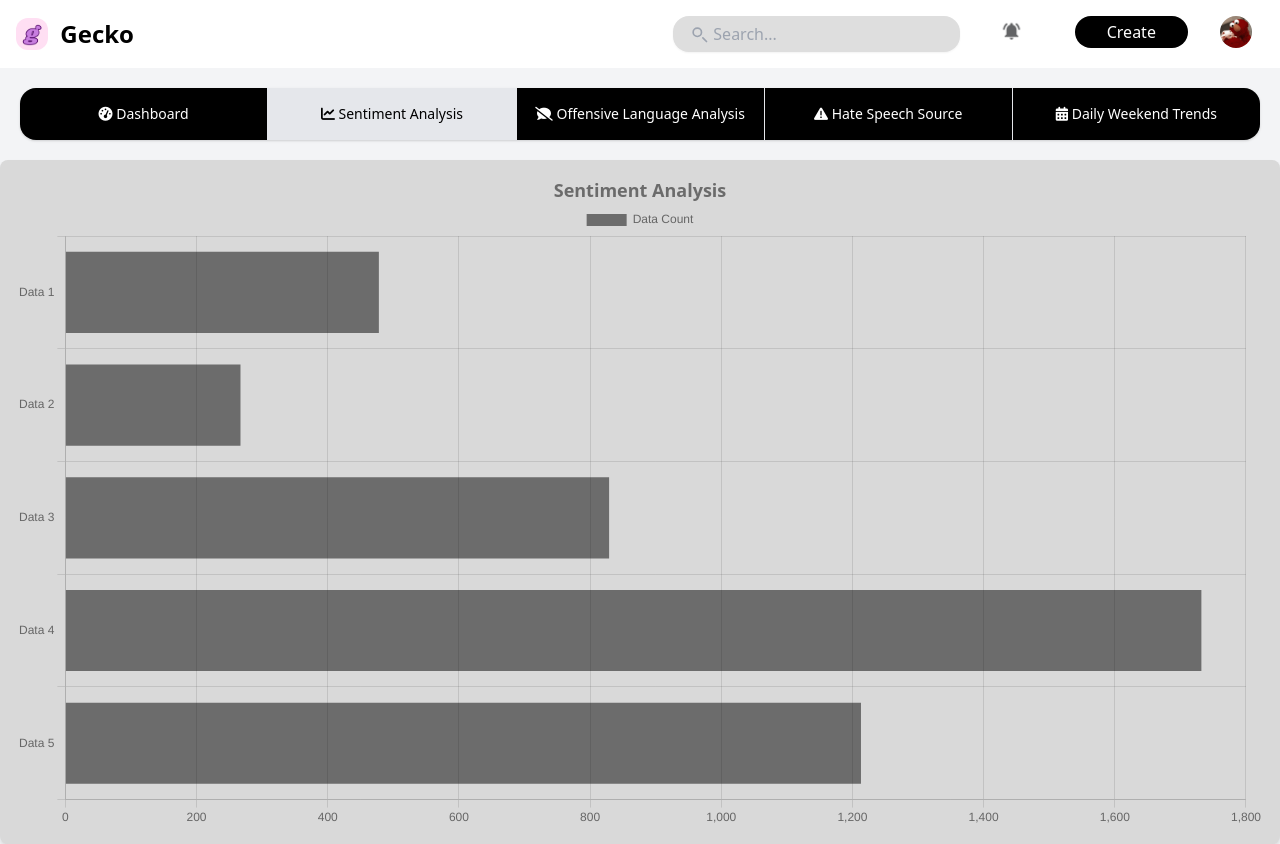
Repository: theamgri/thesis-website-nextjs
Page: sentiment.html
An editor plug-in stored every save of this project. The page is shown before and after the next save, followed by the edit.
The browser window is 1280 px wide. The pictures show the whole page.

Above is the page before, as saved 2023-10-07 10:22:25.

### sentiment.html
<!DOCTYPE html>
<html lang="en">
<head>
    <meta charset="UTF-8">
    <meta name="viewport" content="width=device-width, initial-scale=1.0">
    <title>Gecko</title>
    <link rel="icon" type="image/x-icon" href="/images/icon.png">
    <link href="https://cdn.jsdelivr.net/npm/tailwindcss@2.2.19/dist/tailwind.min.css" rel="stylesheet">
    <script src="https://cdn.jsdelivr.net/npm/chart.js"></script>
    <link rel="stylesheet" href="https://cdnjs.cloudflare.com/ajax/libs/font-awesome/6.0.0-beta3/css/all.min.css">

    <script src="https://kit.fontawesome.com/yourcode.js" crossorigin="anonymous"></script>


</head>
<body class="bg-gray-100">

<nav class="bg-white drop-shadow-2xl border-gray-200 dark:bg-gray-900">
    <div class="flex flex-wrap items-center justify-between mx-auto p-4">
      <a href="." class="flex items-center">
          <img src="images/icon.png" class="h-8 mr-3 rounded-xl" alt="Logo" />
          <span class="self-center text-2xl font-semibold whitespace-nowrap dark:text-white">Gecko</span>
      </a>
      <button data-collapse-toggle="navbar-default" type="button" class="inline-flex items-center p-2 w-10 h-10 justify-center text-sm text-gray-500 rounded-lg md:hidden hover:bg-gray-100 focus:outline-none focus:ring-2 focus:ring-gray-200 dark:text-gray-400 dark:hover:bg-gray-700 dark:focus:ring-gray-600" aria-controls="navbar-default" aria-expanded="false">
          <span class="sr-only">Open main menu</span>
          <svg class="w-5 h-5" aria-hidden="true" xmlns="http://www.w3.org/2000/svg" fill="none" viewBox="0 0 17 14">
              <path stroke="currentColor" stroke-linecap="round" stroke-linejoin="round" stroke-width="2" d="M1 1h15M1 7h15M1 13h15"/>
          </svg>
      </button>
      <div class="hidden w-full md:block md:w-auto drop-shadow-2xl" id="navbar-default">
        <ul class="font-medium flex flex-col p-4 md:p-0 mt-4 border border-gray-100 rounded-lg bg-gray-50 md:flex-row md:space-x-8 md:mt-0 md:border-0 md:bg-white dark:bg-gray-800 md:dark:bg-gray-900 dark:border-gray-700">
            <li>
                <div class="relative">
                    <input
                        type="text"
                        placeholder="Search..."
                        class="block w-full py-2 pl-10 pr-4 leading-5 rounded-2xl shadow-sm focus:ring focus:ring-blue-200 border-gray-300" style="background-color: #DEDEDE;"
                    />
                    <div class="absolute inset-y-0 left-0 pl-4 flex items-center pointer-events-none">
                        <svg
                            class="w-5 h-5 text-gray-400"
                            fill="none"
                            stroke="currentColor"
                            viewBox="0 0 24 24"
                            xmlns="http://www.w3.org/2000/svg"
                        >
                            <path
                                stroke-linecap="round"
                                stroke-linejoin="round"
                                stroke-width="2"
                                d="M21 21l-4.35-4.35"
                            />
                            <path
                                stroke-linecap="round"
                                stroke-linejoin="round"
                                stroke-width="2"
                                d="M15 10a5 5 0 11-10 0 5 5 0 0110 0z"
                            />
                        </svg>
                    </div>
                </div>

              </li>
            <li>
              <img src="images/bellbutton.png" class="h-8 mr-3 rounded-xl" alt="Notification Bell" />
          </li>
          <li>
            <button class="bg-black drop-shadow-2xl hover:bg-blue-700 text-white font-normal py-1 px-8 rounded-full">
              Create
            </button>
          </li>
          <li>
            <a href="your-link-here">
                <img src="images/user.jpg" class="h-8 mr-3 rounded-full" alt="Notification Bell" />
            </a>
        </li>


        </ul>
      </div>
    </div>
  </nav>
<!-- //SIDE NAVBAR -->


<div class="sm:hidden">

  <select id="tabs" class="bg-gray-100 border border-gray-300 text-gray-900 text-sm rounded-lg focus:ring-blue-500 focus:border-blue-500 block w-full p-2.5 dark:bg-gray-700 dark:border-gray-600 dark:placeholder-gray-400 dark:text-white dark:focus:ring-blue-500 dark:focus:border-blue-500">
      <option></option>
      <option></option>
      <option></option>
      <option></option>
  </select>
</div>
<ul class="m-5 rounded-2xl drop-shadow-xl hidden text-sm font-medium text-center text-white divide-x divide-gray-200 rounded-lg shadow sm:flex bg-black dark:bg-gray-900 dark:divide-gray-700">
    <li class="w-full">
        <a href="#" class="inline-block font-medium w-full p-4 hover:text-white focus:ring-4 focus:ring-blue-300 focus:outline-none dark:hover:bg-gray-700" aria-current="page">
            <i class="fas fa-tachometer-alt"></i> Dashboard
        </a>
    </li>
    <li class="w-full">
        <a href="#" class="inline-block font-medium w-full p-4 text-black bg-gray-200 focus:ring-4 focus:ring-blue-300 focus:outline-none">
            <i class="fas fa-chart-line"></i> Sentiment Analysis
        </a>
    </li>


    <li class="w-full">
        <a href="#" class="inline-block font-medium w-full p-4 hover:text-white focus:ring-4 focus:ring-blue-300 focus:outline-none dark:hover-bg-gray-700">
            <i class="fas fa-comment-slash"></i> Offensive Language Analysis
        </a>
    </li>
    <li class="w-full">
        <a href="#" class="inline-block font-medium w-full p-4 hover:text-white focus:ring-4 focus:ring-blue-300 focus:outline-none dark:hover:bg-gray-700">
            <i class="fas fa-exclamation-triangle"></i> Hate Speech Source
        </a>
    </li>
    <li class="w-full">
        <a href="#" class="inline-block font-medium w-full p-4 rounded-r-lg hover:text-white focus:ring-4 focus:outline-none focus:ring-blue-300 dark:hover:bg-gray-700">
            <i class="fas fa-calendar-alt"></i> Daily Weekend Trends
        </a>
    </li>
</ul>

<div class="bg-white p-4 rounded-lg shadow-md" style="background-color: #D9D9D9;">
    <h2 class="text-lg text-center opacity-50 font-semibold">Sentiment Analysis</h2>
    <div>
        <canvas id="horizontal-bar-chart"></canvas>
    </div>

    <script>
        new Chart(document.getElementById("horizontal-bar-chart"), {
            type: 'bar',
            data: {
                labels: ["Data 1", "Data 2", "Data 3", "Data 4", "Data 5"],
                datasets: [{
                    label: "Data Count",
                    backgroundColor: ["rgba(0, 0, 0, 0.5)", "rgba(0, 0, 0, 0.5)",
                        "rgba(0, 0, 0, 0.5)", "rgba(0, 0, 0, 0.5)", "rgba(0, 0, 0, 0.5)"
                    ],
                    data: [478, 267, 829, 1732, 1213]
                }]
            },
            options: {
                indexAxis: 'y',
                legend: {
                    display: false
                },
                title: {
                    display: true,
                    text: 'Chart JS Horizontal Bar Chart Example'
                },
                elements: {
                    bar: {
                        borderWidth: 0, // Remove the border lines
                    }
                }
            }
        });
    </script>



</div>

</body>
</html>

After the next save:
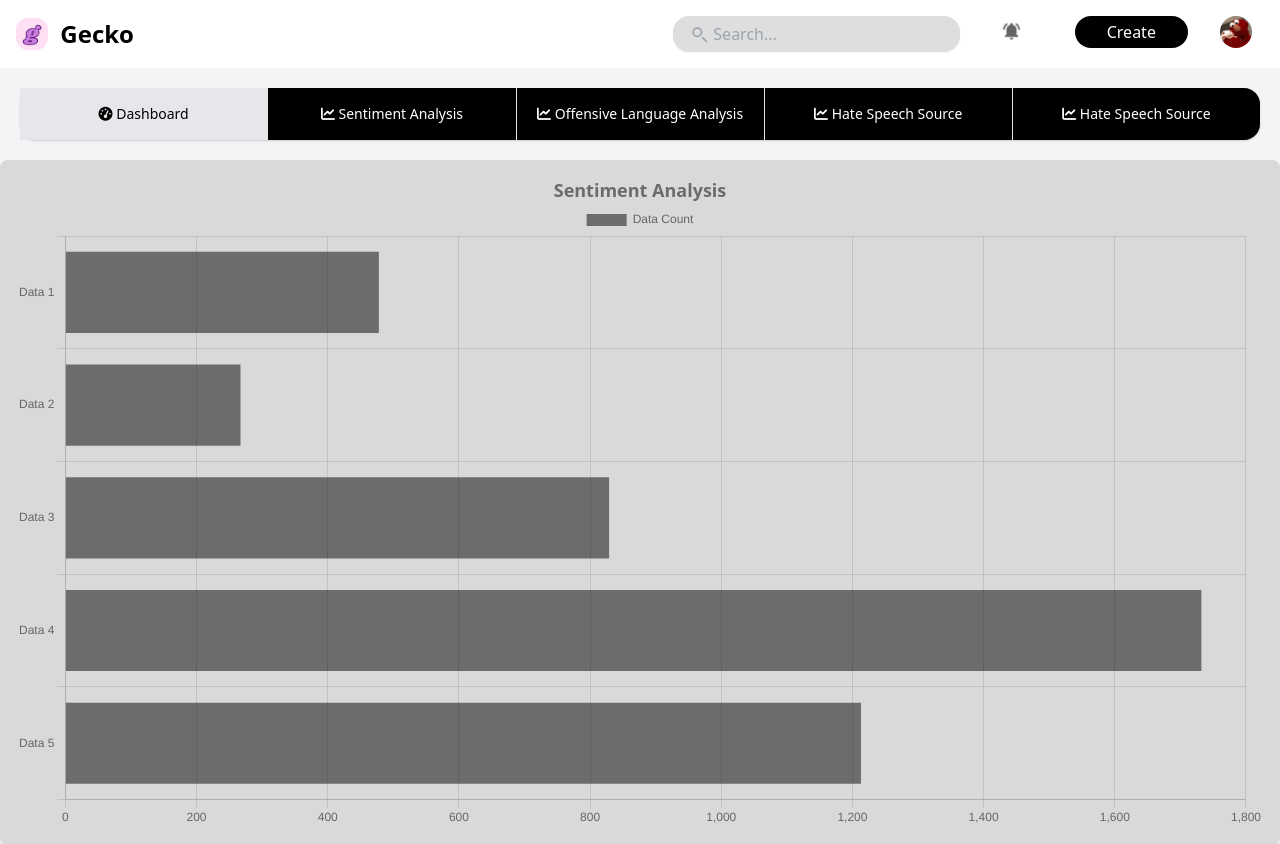
Saved 7 s later.
--- a/sentiment.html
+++ b/sentiment.html
@@ -94,30 +94,68 @@
 </div>
 <ul class="m-5 rounded-2xl drop-shadow-xl hidden text-sm font-medium text-center text-white divide-x divide-gray-200 rounded-lg shadow sm:flex bg-black dark:bg-gray-900 dark:divide-gray-700">
     <li class="w-full">
-        <a href="#" class="inline-block font-medium w-full p-4 hover:text-white focus:ring-4 focus:ring-blue-300 focus:outline-none dark:hover:bg-gray-700" aria-current="page">
+        <a href="#" class="inline-block font-medium w-full p-4 text-black bg-gray-200 focus:ring-4 focus:ring-blue-300 focus:outline-none" aria-current="page">
             <i class="fas fa-tachometer-alt"></i> Dashboard
         </a>
     </li>
     <li class="w-full">
-        <a href="#" class="inline-block font-medium w-full p-4 text-black bg-gray-200 focus:ring-4 focus:ring-blue-300 focus:outline-none">
+        <!-- Add an ID to the link for JavaScript -->
+        <a id="sentimentLink" href="#" class="inline-block font-medium w-full p-4 hover:text-white focus:ring-4 focus:ring-blue-300 focus:outline-none dark:hover:bg-gray-700">
             <i class="fas fa-chart-line"></i> Sentiment Analysis
         </a>
     </li>
-
-
-    <li class="w-full">
-        <a href="#" class="inline-block font-medium w-full p-4 hover:text-white focus:ring-4 focus:ring-blue-300 focus:outline-none dark:hover-bg-gray-700">
-            <i class="fas fa-comment-slash"></i> Offensive Language Analysis
-        </a>
-    </li>
-    <li class="w-full">
-        <a href="#" class="inline-block font-medium w-full p-4 hover:text-white focus:ring-4 focus:ring-blue-300 focus:outline-none dark:hover:bg-gray-700">
-            <i class="fas fa-exclamation-triangle"></i> Hate Speech Source
-        </a>
-    </li>
-    <li class="w-full">
-        <a href="#" class="inline-block font-medium w-full p-4 rounded-r-lg hover:text-white focus:ring-4 focus:outline-none focus:ring-blue-300 dark:hover:bg-gray-700">
-            <i class="fas fa-calendar-alt"></i> Daily Weekend Trends
+    <script>
+        // Get a reference to the link
+        const sentimentLink = document.getElementById("sentimentLink");
+
+        // Add a click event listener to the link
+        sentimentLink.addEventListener("click", function(event) {
+            // Prevent the default behavior (e.g., navigating to #)
+            event.preventDefault();
+
+            // Navigate to sentiment.html
+            window.location.href = "sentiment.html";
+        });
+    </script>
+    <li class="w-full">
+        <a id="offensivelang" href="#" class="inline-block font-medium w-full p-4 hover:text-white focus:ring-4 focus:ring-blue-300 focus:outline-none dark:hover:bg-gray-700">
+            <i class="fas fa-chart-line"></i> Offensive Language Analysis
+        </a>
+    </li>
+    <script>
+        // Get a reference to the link
+        const offensivelang = document.getElementById("offensivelang");
+
+        // Add a click event listener to the link
+        offensivelang.addEventListener("click", function(event) {
+            // Prevent the default behavior (e.g., navigating to #)
+            event.preventDefault();
+
+            // Navigate to sentiment.html
+            window.location.href = "OLA.html";
+        });
+    </script>
+    <li class="w-full">
+        <a id="hatespeech" href="#" class="inline-block font-medium w-full p-4 hover:text-white focus:ring-4 focus:ring-blue-300 focus:outline-none dark:hover:bg-gray-700">
+            <i class="fas fa-chart-line"></i> Hate Speech Source
+        </a>
+    </li>
+    <script>
+        // Get a reference to the link
+        const hatespeech = document.getElementById("hatespeech");
+
+        // Add a click event listener to the link
+        hatespeech.addEventListener("click", function(event) {
+            // Prevent the default behavior (e.g., navigating to #)
+            event.preventDefault();
+
+            // Navigate to sentiment.html
+            window.location.href = "hatespeech.html";
+        });
+    </script>
+    <li class="w-full">
+        <a id="dailweektrend" href="#" class="inline-block font-medium w-full p-4 hover:text-white focus:ring-4 focus:ring-blue-300 focus:outline-none dark:hover:bg-gray-700">
+            <i class="fas fa-chart-line"></i> Hate Speech Source
         </a>
     </li>
 </ul>
